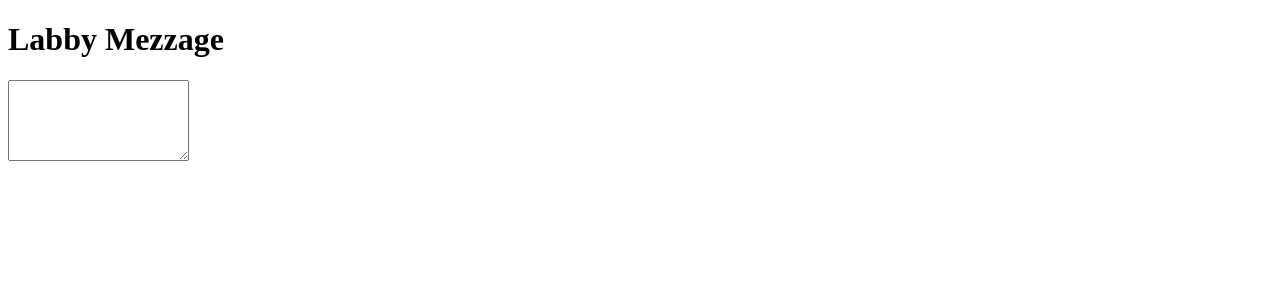
Repository: jc222fi/1dv403-laborationer
Page: 2-labbymezzage/index.html
The author's editor kept a record of every edit. The page is drawn from the files as they stood at one moment, then again after the next edit.
The browser window is 1280 px wide. The pictures show the whole page.

Above is the page before.

After the next edit:
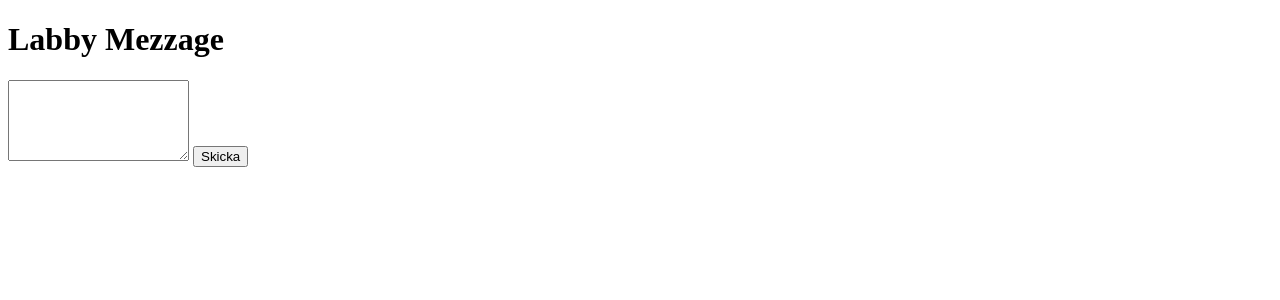
The edit:
--- a/2-labbymezzage/index.html
+++ b/2-labbymezzage/index.html
@@ -13,8 +13,8 @@
 
             </div>
             <textarea class="textruta" name="meddelande" rows="5">
-
             </textarea>
+            <input type="submit" value="Skicka" />
         </div>
         <script src="Message.js"></script>
     	<script src="Messageboard.js"></script>
